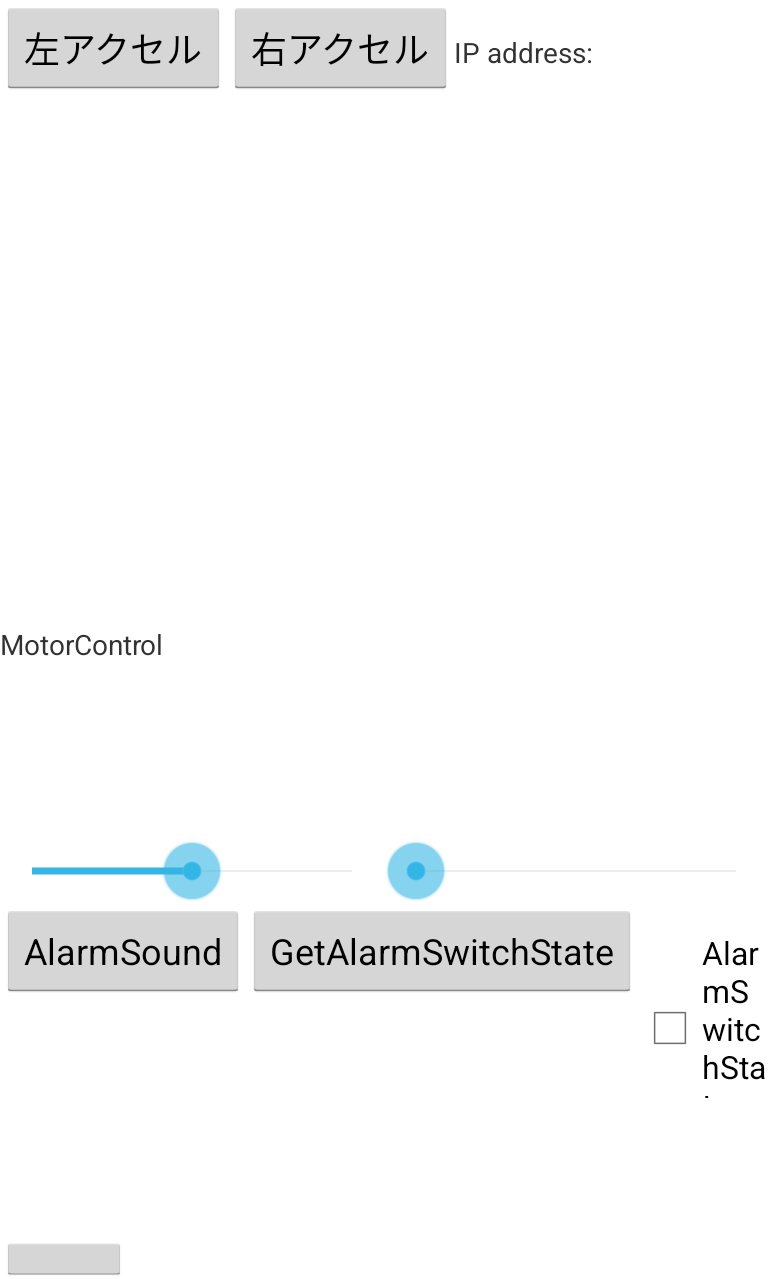
Repository: takugoto/2WD-car
Layout: workspace/SS2012FPGAtest/res/layout/activity_main.xml
These files come from the project's save history. The layout is drawn as it stood at one moment and after the next save; the edit follows.
It is drawn on a 768 x 1280 px phone screen (xhdpi) without system bars, with theme AppTheme; the app's code is not run.

Above is the layout before, as saved 2013-01-17 06:57:44.

After the next save:
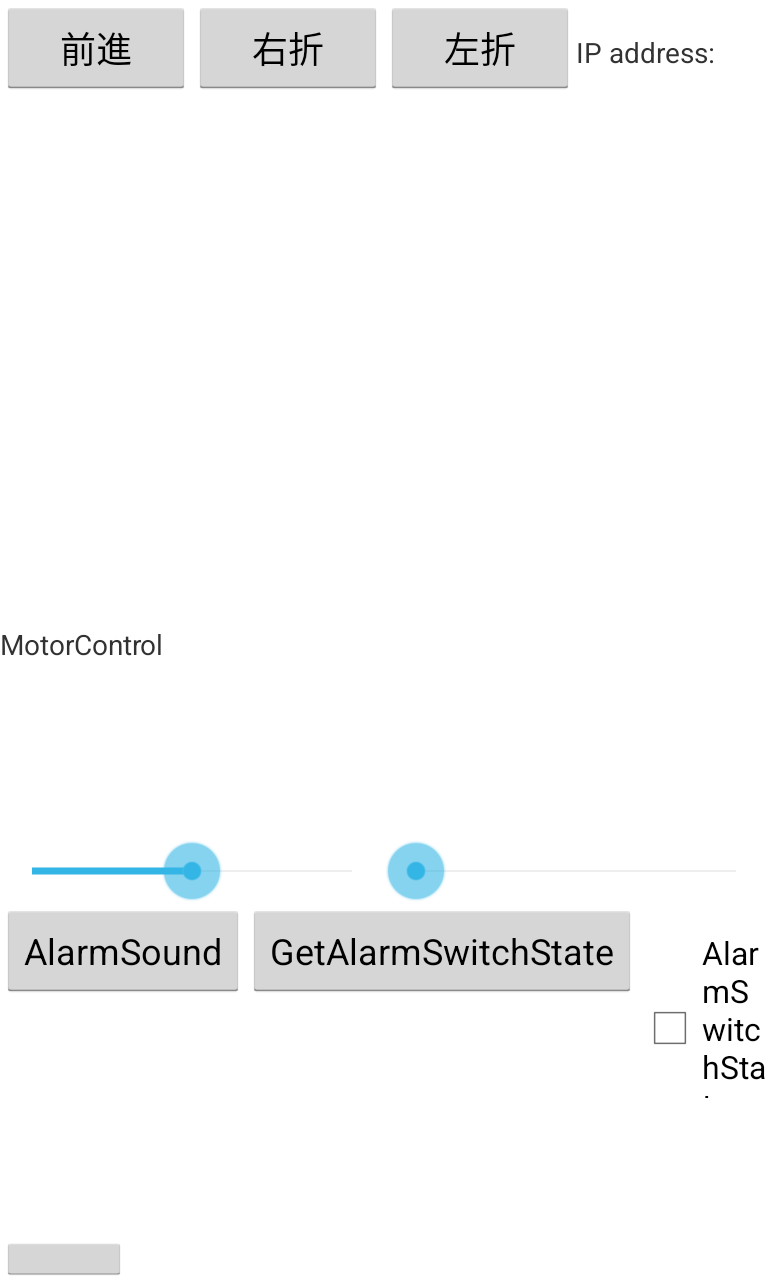
Saved 11 min 42 s later.
--- a/workspace/SS2012FPGAtest/res/layout/activity_main.xml
+++ b/workspace/SS2012FPGAtest/res/layout/activity_main.xml
@@ -11,16 +11,22 @@
         android:layout_alignParentTop="true" >
 
         <Button
+            android:id="@+id/button3"
+            android:layout_width="wrap_content"
+            android:layout_height="wrap_content"
+            android:text="　前進　" />
+
+        <Button
             android:id="@+id/button1"
             android:layout_width="wrap_content"
             android:layout_height="wrap_content"
-            android:text="左アクセル" />
+            android:text="　右折　" />
 
         <Button
             android:id="@+id/button2"
             android:layout_width="wrap_content"
             android:layout_height="wrap_content"
-            android:text="右アクセル" />
+            android:text="　左折　" />
 
         <TextView
             android:id="@+id/textView1"
